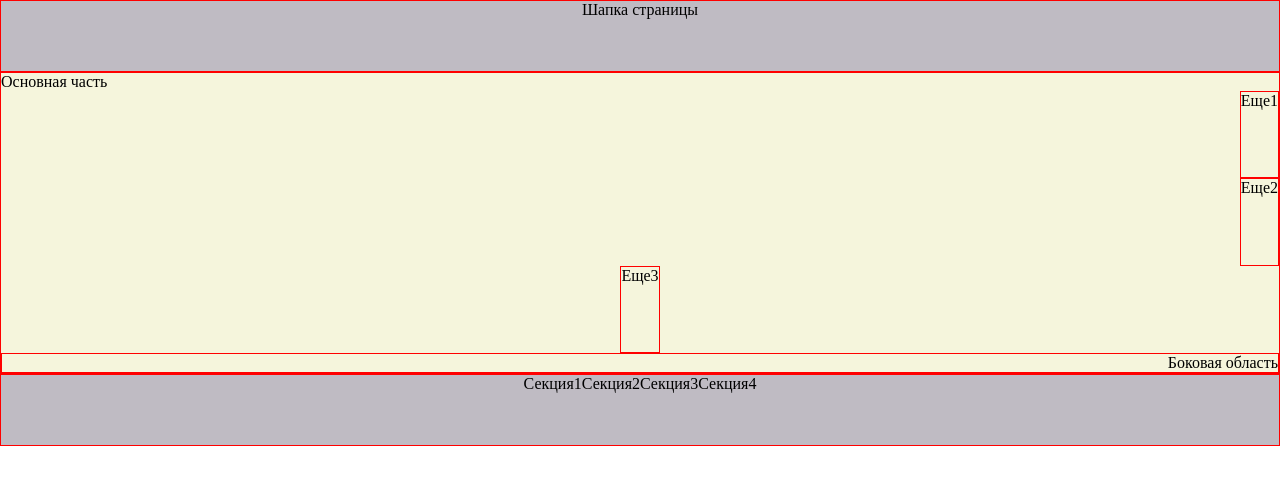
Repository: IrinaGetmanenko/week5
Page: week5/index.html
These files come from the project's save history. The page is drawn as it stood at one moment and after the next save; the edit follows.
The browser window is 1280 px wide. The pictures show the whole page.

Above is the page before, as saved 2022-08-28 17:33:15.

### week5/index.html
<!DOCTYPE html>
<html lang="en">
<head>
    <meta charset="UTF-8">
    <meta http-equiv="X-UA-Compatible" content="IE=edge">
    <meta name="viewport" content="width=device-width, initial-scale=1.0">
    <link rel="stylesheet" href="normalize.css">
    <title>Document</title>
    <style>
    .container{
        display: flex;
        justify-content: center;
        flex-wrap: wrap;

    }

    .h1{
        display: flex;
        justify-content: center;
        border: 1px solid red;
        height: 70px;
        background-color: #bfbbc3;
    }

    .container-2{
        display: flex;
        flex-direction: column;
        border: 1px solid red;
        background-color: beige;
        height: 300px;
        flex-wrap: wrap;

    }
    .section1{
        flex: auto;
        border: 1px solid red;
        align-self: flex-end;
        height: 20%;

    }
    .section2{
        flex: auto;
        border: 1px solid red;
        align-self: flex-end;
        height: 20%;
    }

    .section3{
        flex: auto;
        border: 1px solid red;
        align-self: center;
        height: 20%;
    }
    .aside{
        display: flex;
        justify-content: flex-end;
        border: 1px solid red;


    }
    .footer{
        display: flex;
        justify-content: center;
        border: 1px solid red;
        height: 70px;
        background-color: #bfbbc3;
    }

    </style>
</head>
<body class="container-1">
    <header class="h1" >Шапка страницы</header>

<main>
<main class="container-2">Основная часть
<main class="section1">Eще1</main>
<main class="section2">Еще2</main>
<main class="section3">Еще3</main>
<aside class="aside">Боковая область</aside>
</main>

</main>

<footer class="footer">
       <footer class="f1">Секция1</footer>
       <footer class="f1">Секция2</footer>
       <footer class="f1">Секция3</footer>
       <footer class="f1">Секция4</footer>
</footer>

</body>
</html>

Loaded but not shown: week5/normalize.css (library)

After the next save:
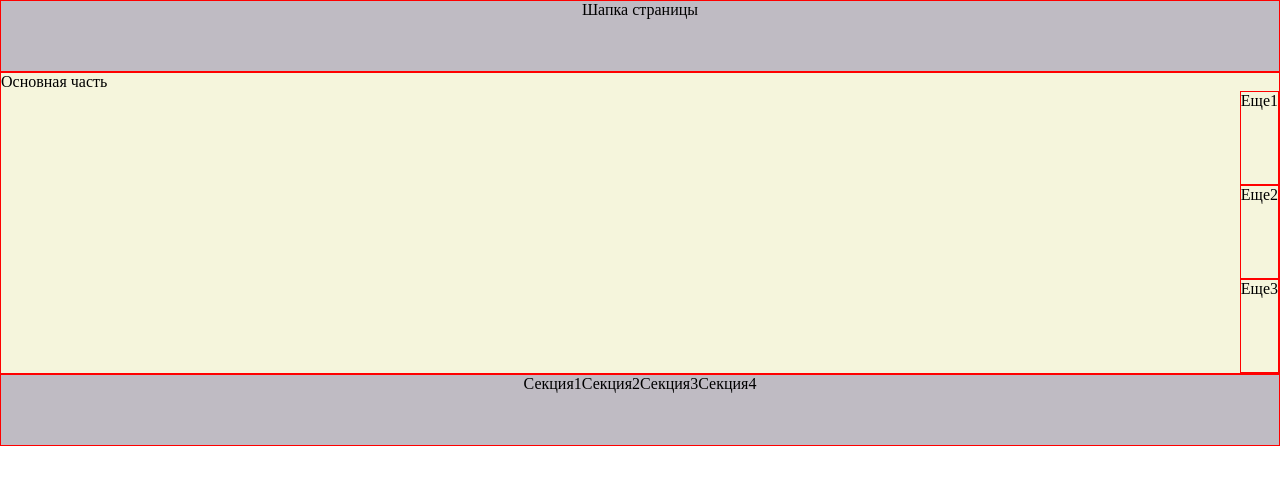
Saved 9 s later.
--- a/week5/index.html
+++ b/week5/index.html
@@ -48,7 +48,7 @@
     .section3{
         flex: auto;
         border: 1px solid red;
-        align-self: center;
+        align-self: flex-end;
         height: 20%;
     }
     .aside{
@@ -76,7 +76,6 @@
 <main class="section1">Eще1</main>
 <main class="section2">Еще2</main>
 <main class="section3">Еще3</main>
-<aside class="aside">Боковая область</aside>
 </main>
 
 </main>
